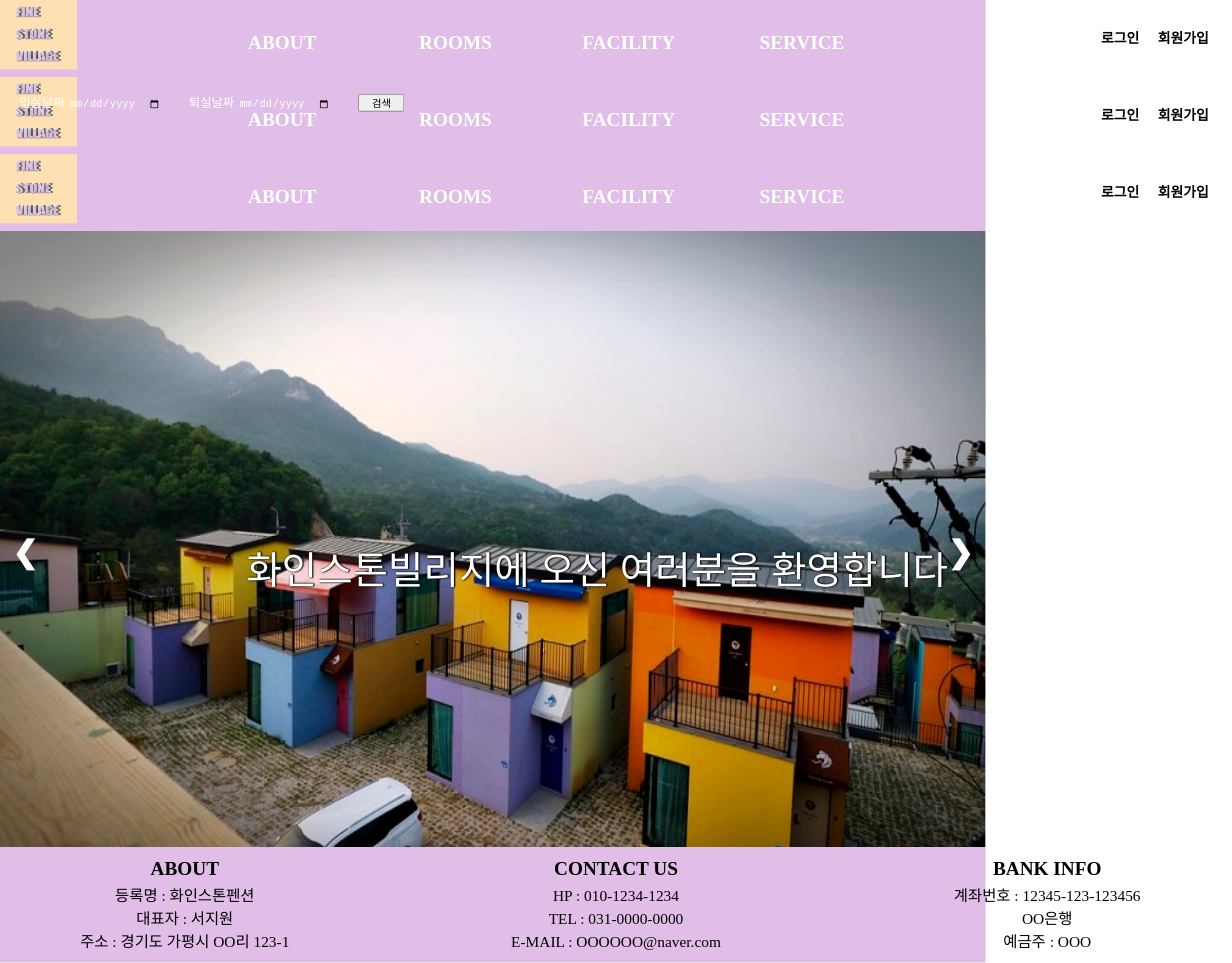
Repository: yoonjaesub/-pensionProject
Page: http://localhost/pension_project/index
An editor plug-in stored every save of this project. The page is shown before and after a run of saves, followed by the edit.
The browser window is 1280 px wide. The page is 1600 px wide, then 1280 px, so the pictures cover 1600 px, including what lies to the right of the window. The pictures show the whole page, at 77% of full size.
The page is served by Tomcat 9. Other server files are loaded and not shown.

Above is the page before, as saved 2021-01-13 13:42:40.

### Project_content/pension_project/src/main/webapp/WEB-INF/views/index.jsp
<%@ page language="java" contentType="text/html; charset=UTF-8"
    pageEncoding="UTF-8"%>
<%@ include file="header.jsp"%>
<!DOCTYPE html>
<html>
<head>
    <meta charset="UTF-8">
    <meta name="viewport" content="width=device-width, initial-scale=1.0">
    <title>화인트리펜션</title>
	<link rel="stylesheet" href=".css/common.css" />
    <link rel="stylesheet" href="./css/about.css">
    <link rel="stylesheet" href="./css/facility.css">
    <link rel="stylesheet" href="./css/index.css">
    <script type="text/javascript" src="https://code.jquery.com/jquery-3.4.1.min.js"></script>
	<title>화인트리펜션</title>
</head>
<body>
<%@ include file="header.jsp"%>
    <div class="wrap">
        <div class="header">
            <div class="hd_wrap">
                <a href="index.jsp" class="logo"><img src="./img/O_fine_logo.png" alt="로고"></a>
                <nav class="gnb">
                    <ul>
                        <li><a href="about.jsp">ABOUT</a></li>
                        <li><a href="#">ROOMS</a></li>
                        <li><a href="facility.jsp">FACILITY</a></li>
                        <li><a href="#">SERVICE</a></li>
                    </ul>
                </nav>
                <div class="login_box">
                    <a href="login.jsp">로그인</a>
                    <a href="login.jsp">회원가입</a>
                </div>
            </div>
        </div>
<script>
$(function(){
    var img;
    var img_count;
    var img_position = 1;

    img = $('.img_wrap img');
    img_count = img.length;
    $('.prev').click(function(){
        if(1<img_position){
            $('.img_wrap').animate({left : '+=100%'},1000);
            img_position--;


        }



    } );
    $('.next').click(function(){
        if(img_count>img_position){
        $('.img_wrap').animate({left : '-=100%'},1000);
        img_position++;
        }


    } );
});

</script>
 <div class="content">
 <div class="rg">
  <label for="">입실날짜</label>
           		<input type="date" name="firstDay" style="background-color: transparent; border-color: transparent; color: white;"/>

           		<label for="">퇴실날짜</label>
           		<input type="date" name="lastDay" style="background-color: transparent; border-color: transparent; color: white;" />
           		<input type="submit" style="width: 60px" value="검색" />
           		</div>
 <div class="img_container">

           <div class="img_wrap">

                <img src="../resources/img/O_index1.jpg" style="float:left;"/>
                <img src="./img/O_index2.jpg" style="float:left;"/>
                <img src="./img/O_index3.jpg" style="float:left;"/>
                </div>
                <p class="main_txt">화인스톤빌리지에 오신 여러분을 환영합니다</p>
                <a class="prev">&#10094;</a>
<a class="next" >&#10095;</a>
</div>
        </div>
<%@ include file="footer.jsp"%>

### Project_content/pension_project/src/main/webapp/WEB-INF/views/header.jsp
<%@ page language="java" contentType="text/html; charset=UTF-8"
    pageEncoding="UTF-8"%>
<!DOCTYPE html>
<html lang="ko">
<head>
    <meta charset="UTF-8">
    <meta name="viewport" content="width=device-width, initial-scale=1.0">
    <title>화인트리펜션</title>
    <script type="text/javascript" src="https://code.jquery.com/jquery-3.4.1.min.js"></script>
    <style>
        * {margin: 0; padding: 0;}
        html,body {max-width: 100vw; height: 100%;}
        ul,li {list-style: none;}
        a {text-decoration: none; color:#000;}

        .wrap {width: 100%; height: 100%;}
        .header {width: 100%; height: 100px; background: #E1BEE7;}
        .hd_wrap {width: 1600px; height: 100px; margin: 0 auto; }
        .logo {width: 150px; height: 70px;}
        .logo img {margin-bottom: 15px; width: 100px; height: 90px;}
        .gnb {display: inline-block; width: 900px; height: 100px; margin: 0 100px;}
        .gnb ul {width: 100%;}
        .gnb ul li {float: left; width: 25%; text-align: center; line-height: 100px;}
        .gnb ul li a {width: 100%; font-size: 25px; color: #fff; font-weight: bold;}
        .login_box {float: right; width: 180px; height: 100px; }
        .login_box a {display: inline-block; width: auto; text-align: center; margin: 0 10px; font-size: 18px; line-height: 100px; font-weight: bold; }


        .content {clear: both;}

        .footer {clear: both; width: 100%; height: 150px; background: #E1BEE7;}
        .ft_wrap {width: 1600px; height: 100%; margin: 0 auto; }
        .ft_info_box {width: 100%;}
        .ft_info_box li {float: left; width: 30%; height: 100px; margin-right: 80px; line-height: 1.5; margin-top: 10px; }
        .ft_info_box li:last-child {margin-right: 0;}
        .ft_info_box h4 {font-size: 25px;}
        .ft_info_box p {font-size: 20px;}


    </style>
    <link rel="stylesheet" href="./css/about.css">
    <link rel="stylesheet" href="./css/facility.css">
    <link rel="stylesheet" href="./css/index.css">

</head>
<body>
    <div class="wrap">
        <div class="header">
            <div class="hd_wrap">
                <a href="index.jsp" class="logo"><img src="./img/O_fine_logo.png" alt="로고"></a>
                <nav class="gnb">
                    <ul>
                        <li><a href="about.jsp">ABOUT</a></li>
                        <li><a href="#">ROOMS</a></li>
                        <li><a href="facility.jsp">FACILITY</a></li>
                        <li><a href="#">SERVICE</a></li>
                    </ul>
                </nav>
                <div class="login_box">
                    <a href="login.jsp">로그인</a>
                    <a href="login.jsp">회원가입</a>
                </div>
            </div>
        </div>

### Project_content/pension_project/src/main/webapp/WEB-INF/views/footer.jsp
<%@ page language="java" contentType="text/html; charset=UTF-8"
    pageEncoding="UTF-8"%>

        <div class="footer">
            <div class="ft_wrap">
                <ul class="ft_info_box">
                    <li>
                        <h4 class="ft_info_tit">ABOUT</h4>
                        <p>등록명 : 화인스톤펜션</p>
                        <p>대표자 : 서지원</p>
                        <p>주소 : 경기도 가평시 OO리 123-1</p>
                    </li>
                    <li>
                        <h4 class="ft_info_tit">CONTACT US</h4>
                        <p>HP : 010-1234-1234</p>
                        <p>TEL : 031-0000-0000</p>
                        <p>E-MAIL : OOOOOO@naver.com</p>
                    </li>
                    <li>
                        <h4 class="ft_info_tit">BANK INFO</h4>
                        <p>계좌번호 : 12345-123-123456 <br>
                            OO은행 </p>
                        <p>예금주 : OOO</p>
                    </li>
                </ul>
            </div>
        </div>
    </div>
</body>
</html>

### Project_content/pension_project/src/main/webapp/resources/css/about.css
@charset "UTF-8";

.content{width: 100%; height: auto;}
.cnt1{    position: relative;
    width: 1200px;
    margin: 0 auto;
    height: 400px; display: flex;
    margin-bottom: 40px;
        margin-top: 50px;
    }
.txt1{    width: 30%;
    height: 300px;
    margin-right: 250px;}
.about_img{width: 500px; height: 400px;}
.mtn{flex:0 0 25%; height: 200px;}
.cnt2{    position: relative;
    width: 1200px;
    margin: 0 auto;
    height: 400px;
    margin-bottom: 40px;
    }
.cnt3{
	 width: 1200px;
    margin: 0 auto;
    height: 400px;
}

### Project_content/pension_project/src/main/webapp/resources/css/facility.css
@charset "UTF-8";

.content{width: 100%; height: auto;}
.cnt{    position: relative;
    width: 1200px;
    margin: 0 auto;
    height: 400px; display: flex;
    margin-bottom: 40px;
        margin-top: 50px;
    }
.txt1{    width: 30%;
    height: 300px;
    margin-right: 150px;}
.facility_img{width: 500px; height: 400px;}
.txt2{    width: 30%;
    height: 300px;
    margin-left: 150px;}

### Project_content/pension_project/src/main/webapp/resources/css/index.css
@charset "UTF-8";

.content{width: 100%; height: auto;}
.prev, .next {
  cursor: pointer;
  position: absolute;
  top: 50%;
  width: auto;
  padding: 16px;
  margin-top: -22px;
  color: white;
  font-weight: bold;
  font-size: 40px;
  transition: 0.6s ease;
  border-radius: 0 3px 3px 0;
}
.next {
  right: 0;
  border-radius: 3px 0 0 3px;
}
.img_container {
    overflow: hidden;
    width: 100%;
    height: 800px;
    position: relative;
    margin: 0 auto;
}

.img_wrap {
    position: absolute;
    width: 333.3%;
    height: 100%;
}

    .img_wrap img {width: 30%; height:800px; }
    .main_txt{position: absolute;
    top : 50%;
    left : 25%;
    font-size: 50px;
    color: #fff;
    font-family: 'Noto Sans KR';
    font-weight: 500;
    text-shadow: 1px 1px 2px rgba(0,0,0,0.6), 1px 1px 2px rgba(0,0,0,0.6), 1px 1px 2px rgba(0,0,0,0.6), 1px 1px 2px rgba(0,0,0,0.6);
}
.rg{
	    position: absolute;
    top: 120px;
    left: 25px;
    z-index: 100;
    color: white;
}
.rg input {
	margin-right: 30px;
}

### Project_content/pension_project/src/main/webapp/resources/css/common.css
/* 색상 */
.color1 {background : #fff3e0;}
.color2 {background : #fff8e1;}
.color3 {background : #ffecb3;}
.color4 {background : #ffe0b2;}
.color5 {background : #e1bee7;}

/* 폰트 */
.font_M {font-family: 'Noto Sans KR', sans-serif;}
.font_MB {font-family: 'Do Hyeon', sans-serif;}
.font_EB {font-family: 'Abril Fatface', cursive;}
.font_E {font-family: 'Darker Grotesque', sans-serif;}

/* 초기화 */
* {margin: 0; padding: 0;}
html,body {max-width: 100vw; height: 100%;}
ul,li {list-style: none;}
a {text-decoration: none; color:#000;}

/* 헤더 */
.wrap {width: 100%; height: 100%; box-sizing: border-box;}
.header {width: 100%; height: 100px; background: #E1BEE7;}
.hd_wrap {width: 80%; height: 100px; margin: 0 auto; }
.logo {display:inline-block; width: 10%; height: 100x;}
.logo img {width: 100%; height: 100%; margin-bottom: 15px;}
.gnb {display: inline-block; width: 65%; height: 100px;}
.gnb ul {width: 100%;}
.gnb ul li {float: left; width: 25%; text-align: center; line-height: 100px;}
.gnb ul li a {width: 100%; font-size: 25px; color: #fff; font-weight: bold;}
.login_box {float: right; width: 14%; height: 100px; }
.login_box a {display: inline-block; width: auto; text-align: center; margin: 0 10px; font-size: 18px; line-height: 100px; font-weight: bold; }

/* 콘텐츠 */
.content {clear: both; width: 100%; height: auto; min-height: 800px; margin: 0 auto; box-sizing: border-box;}

/* 푸터 */
.footer {clear: both; width: 100%; height: 150px; background: #E1BEE7;}
.ft_wrap {width: 80%; height: 100%; margin: 0 auto; text-align: center; }
.ft_info_box {width: 100%;}
.ft_info_box li {float: left; width: 33%; height: 100px; line-height: 1.5; margin-top: 10px; }
.ft_info_box h4 {font-size: 25px;}
.ft_info_box p {font-size: 20px;}

After the next 2 saves:
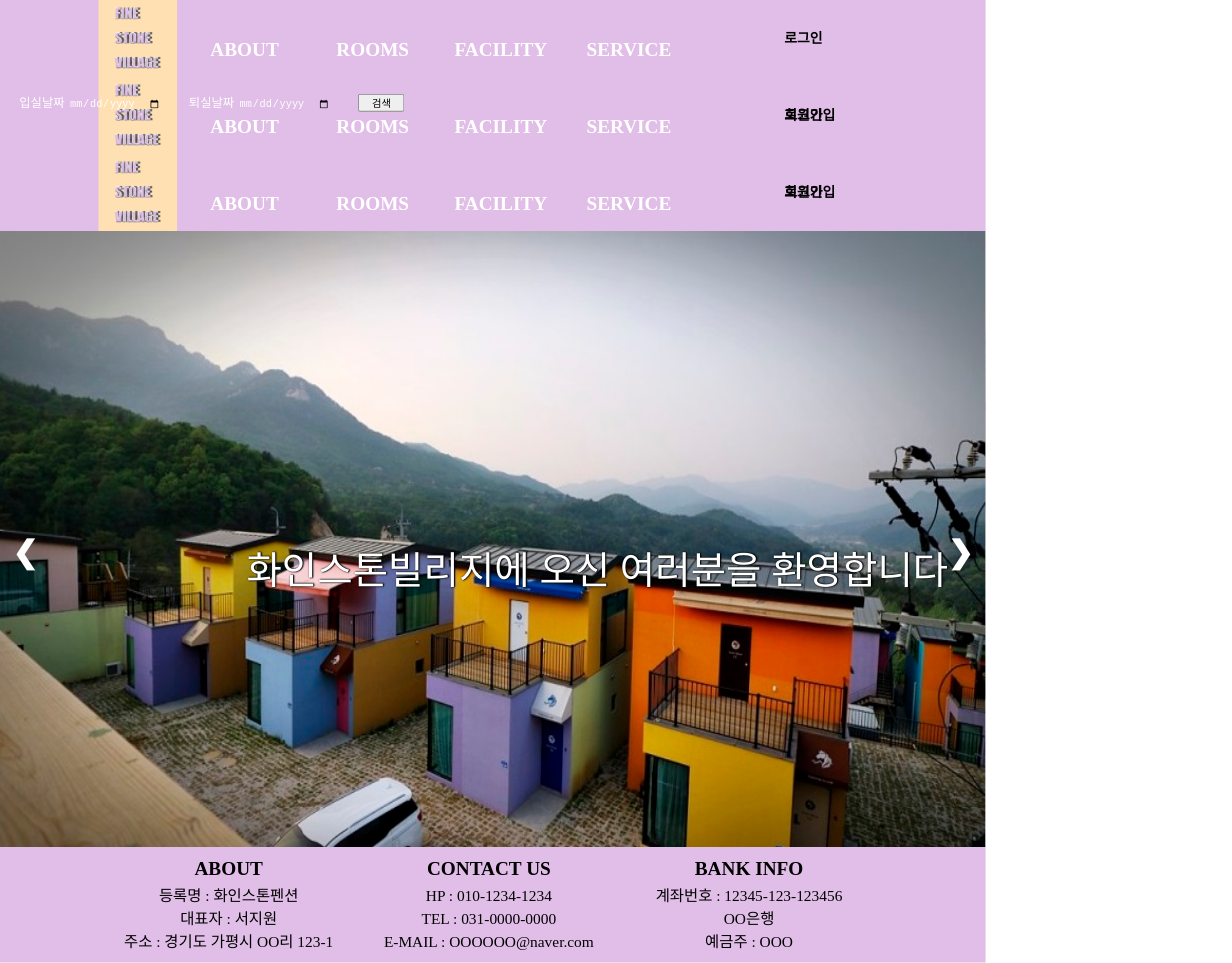
The 2 saves are shown as one change because they came seconds apart.
The last was saved 8 s later.
--- a/Project_content/pension_project/src/main/webapp/WEB-INF/views/header.jsp
+++ b/Project_content/pension_project/src/main/webapp/WEB-INF/views/header.jsp
@@ -1,49 +1,5 @@
 <%@ page language="java" contentType="text/html; charset=UTF-8"
     pageEncoding="UTF-8"%>
-<!DOCTYPE html>
-<html lang="ko">
-<head>
-    <meta charset="UTF-8">
-    <meta name="viewport" content="width=device-width, initial-scale=1.0">
-    <title>화인트리펜션</title>
-    <script type="text/javascript" src="https://code.jquery.com/jquery-3.4.1.min.js"></script>
-    <style>
-        * {margin: 0; padding: 0;}
-        html,body {max-width: 100vw; height: 100%;}
-        ul,li {list-style: none;}
-        a {text-decoration: none; color:#000;}
-
-        .wrap {width: 100%; height: 100%;}
-        .header {width: 100%; height: 100px; background: #E1BEE7;}
-        .hd_wrap {width: 1600px; height: 100px; margin: 0 auto; }
-        .logo {width: 150px; height: 70px;}
-        .logo img {margin-bottom: 15px; width: 100px; height: 90px;}
-        .gnb {display: inline-block; width: 900px; height: 100px; margin: 0 100px;}
-        .gnb ul {width: 100%;}
-        .gnb ul li {float: left; width: 25%; text-align: center; line-height: 100px;}
-        .gnb ul li a {width: 100%; font-size: 25px; color: #fff; font-weight: bold;}
-        .login_box {float: right; width: 180px; height: 100px; }
-        .login_box a {display: inline-block; width: auto; text-align: center; margin: 0 10px; font-size: 18px; line-height: 100px; font-weight: bold; }
-
-
-        .content {clear: both;}
-
-        .footer {clear: both; width: 100%; height: 150px; background: #E1BEE7;}
-        .ft_wrap {width: 1600px; height: 100%; margin: 0 auto; }
-        .ft_info_box {width: 100%;}
-        .ft_info_box li {float: left; width: 30%; height: 100px; margin-right: 80px; line-height: 1.5; margin-top: 10px; }
-        .ft_info_box li:last-child {margin-right: 0;}
-        .ft_info_box h4 {font-size: 25px;}
-        .ft_info_box p {font-size: 20px;}
-
-
-    </style>
-    <link rel="stylesheet" href="./css/about.css">
-    <link rel="stylesheet" href="./css/facility.css">
-    <link rel="stylesheet" href="./css/index.css">
-
-</head>
-<body>
     <div class="wrap">
         <div class="header">
             <div class="hd_wrap">
